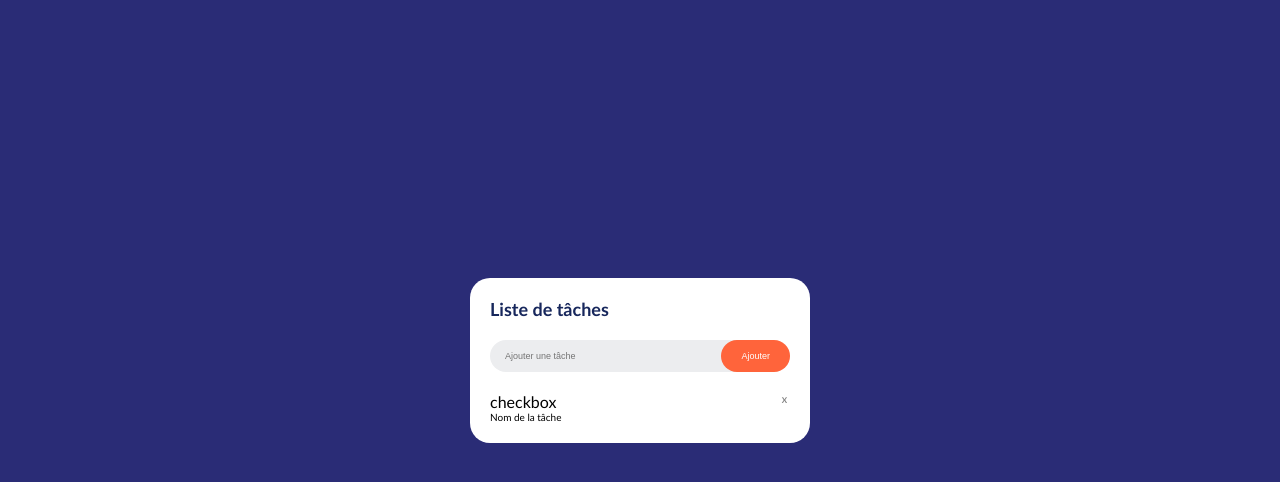
Repository: ndiemenguer/convertisseur
Page: / (app in todo-isep/)
An editor plug-in stored every save of this project. The page is shown before and after the next save, followed by the edit.
The browser window is 1280 px wide. The pictures show the whole page.
The project was rebuilt for these pictures with package versions that can differ from the ones it lists, and the page was loaded fresh each time. Also part of the build but not shown: todo-isep/vite.config.js, todo-isep/src/Application.jsx, todo-isep/src/index.css.

Above is the page before, as saved 2023-05-06 12:40:26.

After the next save:
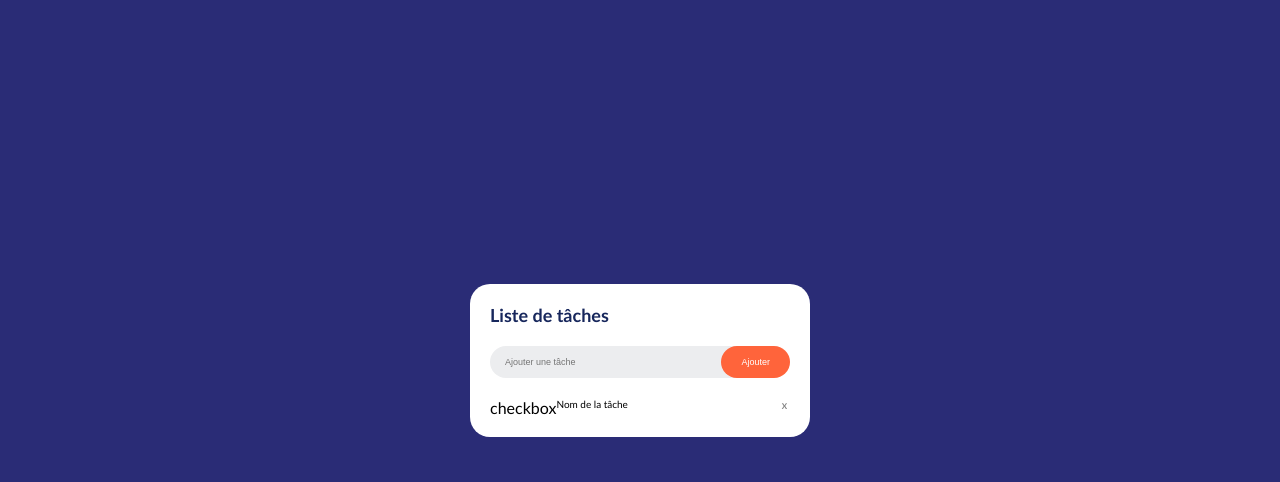
Saved 8 s later.
--- a/todo-isep/src/App.css
+++ b/todo-isep/src/App.css
@@ -84,3 +84,7 @@ body {
 .todo-name {
   font-size: 10px;
 }
+
+.todo-checkbox-name {
+  display: flex;
+}
